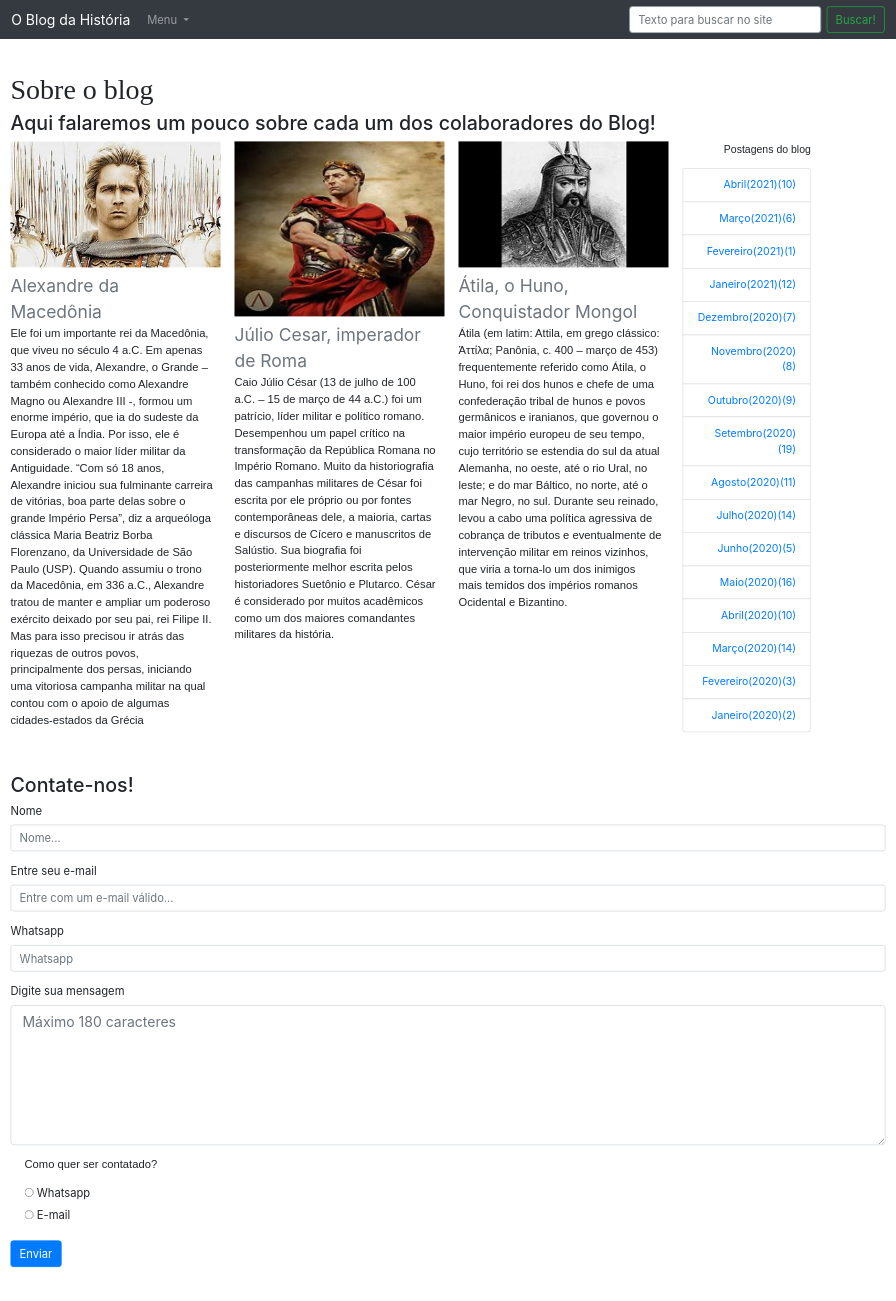
Repository: xhenrique/blog_layout_bootstrap
Page: source/sobre.html
The author's editor kept a copy of each file at every save. The page is drawn from the files as they stood at one save, then again after the next save.
The browser window is 1280 px wide. The pictures show the whole page, at 70% of full size.

Above is the page before, as saved 2021-04-25 03:12:37.

### source/sobre.html
<!DOCTYPE html>
<html lang="pt-br">
  <head>
    <!-- Meta tags Obrigatórias -->
    <meta charset="utf-8">
    <meta name="viewport" content="width=device-width, initial-scale=1, shrink-to-fit=no">

    <!-- Bootstrap CSS -->
    <link rel="stylesheet" href="https://stackpath.bootstrapcdn.com/bootstrap/4.1.3/css/bootstrap.min.css" integrity="sha384-MCw98/SFnGE8fJT3GXwEOngsV7Zt27NXFoaoApmYm81iuXoPkFOJwJ8ERdknLPMO" crossorigin="anonymous">
    <title>O Blog da História</title>
    <style>
        body p {
           font-family: Arial, Helvetica, sans-serif;
        }
        body #sobre_o_blog h1 {
            font-family: cursive;
        }
    </style>
  </head>
  <body>
    <nav class="navbar navbar-expand-md navbar-dark bg-dark sticky-top">
        <a class = "navbar-brand" href="index.html">O Blog da História</a>

        <!--Especificações do que é cada um dos atributos!!!!!
            "aria-controls": define a relação entre os elementos, um elemento é pai e o outro filho, deve ser definido no pai, relacionando o filho;
            "data-target" : Define o que será exibido quando clicar na opção do menu;
            "data-toggle" : o que vai acontecer quando eu clicar em cima do botão, collapse, por exemplo, faz o botão expandir e retrair as opções;
            "aria-expanded" : Flag para o navegador informando que o elemento não está expandido;
            "aria-label" : é usado para definir uma string na tag do elemento atual.
        -->
        <button class="navbar-toggler" type="button" data-toggle="collapse" data-target="#navbarCfg" aria-controls="navbarCfg">
            <span class="navbar-toggler-icon"></span>
        </button>
        <div class="collapse navbar-collapse" id="navbarCfg">
            <ul class="navbar-nav mr-auto">
                <a class="nav-link dropdown-toggle" href="#" id="navbarDropdown" role="button" data-toggle="dropdown" aria-haspopup="true" aria-expanded="false">
                Menu
                </a>
                <div class="dropdown-menu" aria-labelledby="navbarDropdown">
                <a class="dropdown-item" href="index.html">Início</a>
                <a class="dropdown-item" href="sobre.html">Sobre</a>
                <a class="dropdown-item" href="posts.html">Postagens</a>
                <div class="dropdown-divider"></div>
                <p style="text-align: left; padding-left: 10px;"> Criado por: <br/>José Xavier<br/>UFPA - 2021</p>
                </div>
            </ul>
            <form class="form-inline my-2 my-lg-0">
            <input class="form-control mr-sm-2" type="search" placeholder="Texto para buscar no site" aria-label="Search">
            <button class="btn btn-outline-success my-2 my-sm-0" type="submit">Buscar!</button>
            </form>
        </div>
    </nav>

    <div class="container-fluid" id="sobreContainer">
        <div id="sobre_o_blog" class="text-left">
            <br/>
            <br/>
            <h1>Sobre o blog</h1>
            <h3>Aqui falaremos um pouco sobre cada um dos colaboradores do Blog!</h3>
        </div>
        <div class="row d-flex">
            <div class="col-md-3">
                <img class="figure-img" src="../img/alexandre.jpg" alt="Xandão"  style="height: 180px; width: 300px">
                <figcaption class="figure-caption" style="font-size: 25px;">
                    Alexandre da Macedônia
                </figcaption>
                <p>Ele foi um importante rei da Macedônia, que viveu no século 4 a.C. Em apenas 33 anos de vida, Alexandre, o Grande – também conhecido como Alexandre Magno ou Alexandre III -, formou um enorme império, que ia do sudeste da Europa até a Índia. Por isso, ele é considerado o maior líder militar da Antiguidade. “Com só 18 anos, Alexandre iniciou sua fulminante carreira de vitórias, boa parte delas sobre o grande Império Persa”, diz a arqueóloga clássica Maria Beatriz Borba Florenzano, da Universidade de São Paulo (USP). Quando assumiu o trono da Macedônia, em 336 a.C., Alexandre tratou de manter e ampliar um poderoso exército deixado por seu pai, rei Filipe II. Mas para isso precisou ir atrás das riquezas de outros povos, principalmente dos persas, iniciando uma vitoriosa campanha militar na qual contou com o apoio de algumas cidades-estados da Grécia</p>
            </div>
            <div class="col-md-3">
                <img class="figure-img" src="../img/th.jfif" alt="imperador" style="height: 250px; width: 300px">
                <figcaption class="figure-caption" style="font-size: 25px;">
                    Júlio Cesar, imperador de Roma
                </figcaption>
                <p>Caio Júlio César (13 de julho de 100 a.C. – 15 de março de 44 a.C.) foi um patrício, líder militar e político romano. Desempenhou um papel crítico na transformação da República Romana no Império Romano. Muito da historiografia das campanhas militares de César foi escrita por ele próprio ou por fontes contemporâneas dele, a maioria, cartas e discursos de Cícero e manuscritos de Salústio. Sua biografia foi posteriormente melhor escrita pelos historiadores Suetônio e Plutarco. César é considerado por muitos acadêmicos como um dos maiores comandantes militares da história.</p>
            </div>
            <div class="col-md-3">
                <img class="figure-img" src="../img/atila.jpg" alt="o_huno" style="height: 180px; width: 300px">
                <figcaption class="figure-caption" style="font-size: 25px;">
                        Átila, o Huno, Conquistador Mongol
                </figcaption>
                <p>Átila (em latim: Attila, em grego clássico: Ἀττίλα; Panônia, c. 400 – março de 453) frequentemente referido como Átila, o Huno, foi rei dos hunos e chefe de uma confederação tribal de hunos e povos germânicos e iranianos, que governou o maior império europeu de seu tempo, cujo território se estendia do sul da atual Alemanha, no oeste, até o rio Ural, no leste; e do mar Báltico, no norte, até o mar Negro, no sul. Durante seu reinado, levou a cabo uma política agressiva de cobrança de tributos e eventualmente de intervenção militar em reinos vizinhos, que viria a torna-lo um dos inimigos mais temidos dos impérios romanos Ocidental e Bizantino.</p>
            </div>
                <div class="col-md-2">
                    <div class="text-right" style="font-size: 15px;">
                        <p>Postagens do blog</p>
                        <ul class="list-group">
                            <!--Javascript provavelmente entraria aqui, iterando sobre uma lista/matriz e exibindo a quantida de postagens por mês/ano-->
                            <li class="list-group-item"><a href="">Abril(2021)(10)</a></li>
                            <li class="list-group-item"><a href="">Março(2021)(6)</a></li>
                            <li class="list-group-item"><a href="">Fevereiro(2021)(1)</a></li>
                            <li class="list-group-item"><a href="">Janeiro(2021)(12)</a></li>
                            <li class="list-group-item"><a href="">Dezembro(2020)(7)</a></li>
                            <li class="list-group-item"><a href="">Novembro(2020)(8)</a></li>
                            <li class="list-group-item"><a href="">Outubro(2020)(9)</a></li>
                            <li class="list-group-item"><a href="">Setembro(2020)(19)</a></li>
                            <li class="list-group-item"><a href="">Agosto(2020)(11)</a></li>
                            <li class="list-group-item"><a href="">Julho(2020)(14)</a></li>
                            <li class="list-group-item"><a href="">Junho(2020)(5)</a></li>
                            <li class="list-group-item"><a href="">Maio(2020)(16)</a></li>
                            <li class="list-group-item"><a href="">Abril(2020)(10)</a></li>
                            <li class="list-group-item"><a href="">Março(2020)(14)</a></li>
                            <li class="list-group-item"><a href="">Fevereiro(2020)(3)</a></li>
                            <li class="list-group-item"><a href="">Janeiro(2020)(2)</a></li>
                        </ul>
                    </div>
                </div>
        </div>

        <form>
            <br/>
            <br/>

            <h3>
                Contate-nos!
            </h3>
            <div class="mb-3">
                <label for="nameInput" class="form-label">Nome</label>
                <input type="email" placeholder="Nome..." class="form-control" id="nameInput" aria-describedby="input_name" required>
            </div>
            <div class="mb-3">
                <label for="inputEmail" class="form-label">Entre seu e-mail</label>
                <input type="email" placeholder="Entre com um e-mail válido..." class="form-control" id="inputEmail" aria-describedby="emailHelp" required>
            </div>
              <div class="mb-3">
                <label for="wppInput" class="form-label">Whatsapp</label>
                <input type="text" placeholder="Whatsapp" class="form-control" id="wppInput">
              </div>
              <div class="mb-3">
                <label for="msgInput" class="form-label">Digite sua mensagem</label>
                <textarea type="text" placeholder="Máximo 180 caracteres" maxlength="180" class="form-control form-control-lg" id="msgInput" style="height: 200px;"></textarea>
              </div>
              <div class="mb-3 form-check">
                  <p>Como quer ser contatado?
                  </p>
                  <input type="radio" id="wpp" name="whatsapp" value="Whatsapp">
                  <label for="wpp">Whatsapp</label><br>
                  <input type="radio" id="e-mail" name="email" value="E-mail">
                  <label for="e-mail">E-mail</label><br>
              </div>
              <button class="btn btn-primary" type="submit" aria-label="btnSubmmit">Enviar</button>
              <br>
              <br>
              <br>
        </form>
    </div>


    <!-- JavaScript (Opcional) -->
    <!-- jQuery primeiro, depois Popper.js, depois Bootstrap JS -->
    <script src="https://code.jquery.com/jquery-3.3.1.slim.min.js" integrity="sha384-q8i/X+965DzO0rT7abK41JStQIAqVgRVzpbzo5smXKp4YfRvH+8abtTE1Pi6jizo" crossorigin="anonymous"></script>
    <script src="https://cdnjs.cloudflare.com/ajax/libs/popper.js/1.14.3/umd/popper.min.js" integrity="sha384-ZMP7rVo3mIykV+2+9J3UJ46jBk0WLaUAdn689aCwoqbBJiSnjAK/l8WvCWPIPm49" crossorigin="anonymous"></script>
    <script src="https://stackpath.bootstrapcdn.com/bootstrap/4.1.3/js/bootstrap.min.js" integrity="sha384-ChfqqxuZUCnJSK3+MXmPNIyE6ZbWh2IMqE241rYiqJxyMiZ6OW/JmZQ5stwEULTy" crossorigin="anonymous"></script>
  </body>
</html>

After the next save:
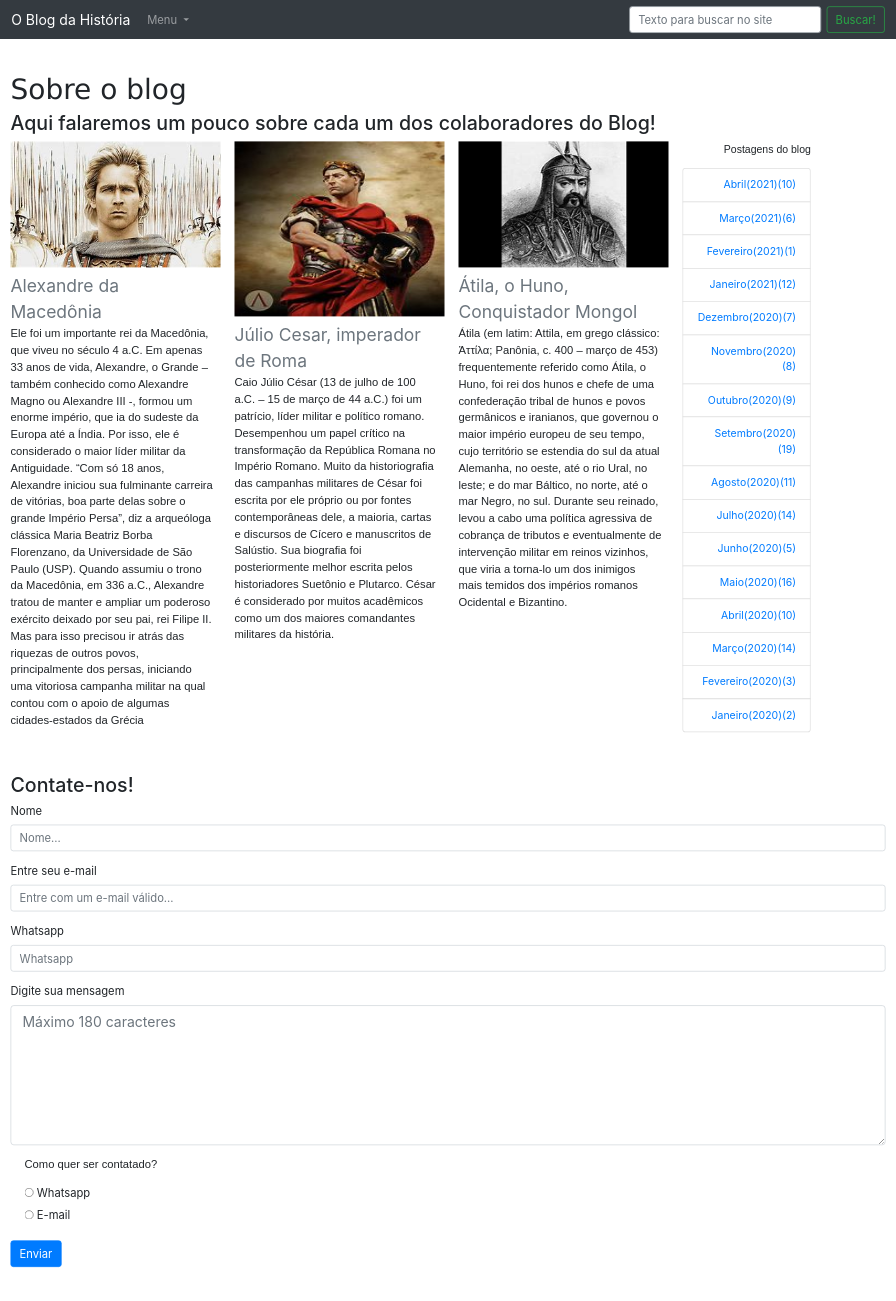
Saved 12 s later.
--- a/source/sobre.html
+++ b/source/sobre.html
@@ -13,7 +13,7 @@
            font-family: Arial, Helvetica, sans-serif;
         }
         body #sobre_o_blog h1 {
-            font-family: cursive;
+            font-family: Verdana, Geneva, Tahoma, sans-serif;
         }
     </style>
   </head>
